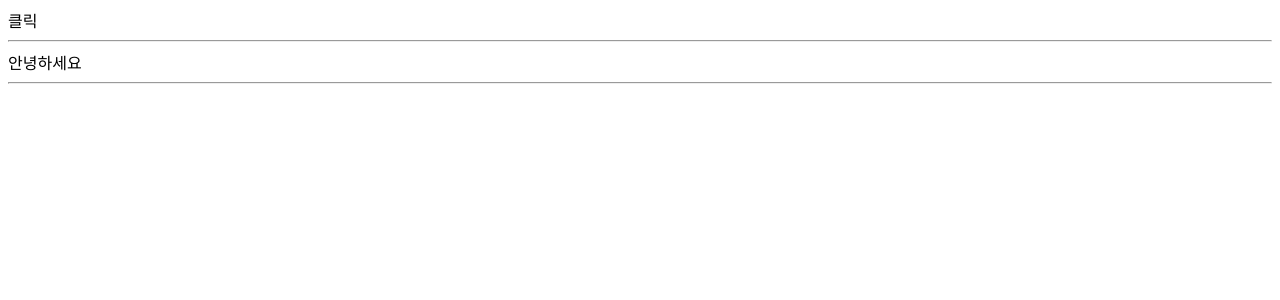
Repository: shbaksa/study
Page: http://localhost/mw_0620/javascript/mouseover.jsp
An editor plug-in stored every save of this project. The page is shown before and after the next save, followed by the edit.
The browser window is 1280 px wide. The pictures show the whole page.
The page is served by Tomcat 9.

Above is the page before, as saved 2022-06-20 07:19:39.

### mw_0620/src/main/webapp/javascript/mouseover.jsp
<%@ page language="java" contentType="text/html; charset=UTF-8"
    pageEncoding="UTF-8"%>
<!DOCTYPE html>
<html>
<head>
<meta charset="UTF-8">
<title>Insert title here</title>
	<script>
		function change(){

			// 마우스가 올라왔을때 여러가지 속성을 변경시킬때
		}
	</script>
</head>
<body>	<!-- mouseover.jsp -->

	<!-- 마우스오버 이벤트태그와 변경할 태그가 다를때 -->
	<div onmouseover="change2()">클릭</div>
	<hr>
	<!-- 마우스오버 이벤트태그와 변경할 태그가 같을때 -->
	<div onmouseover="change()">안녕하세요</div>
	<hr>


</body>
</html>

After the next save:
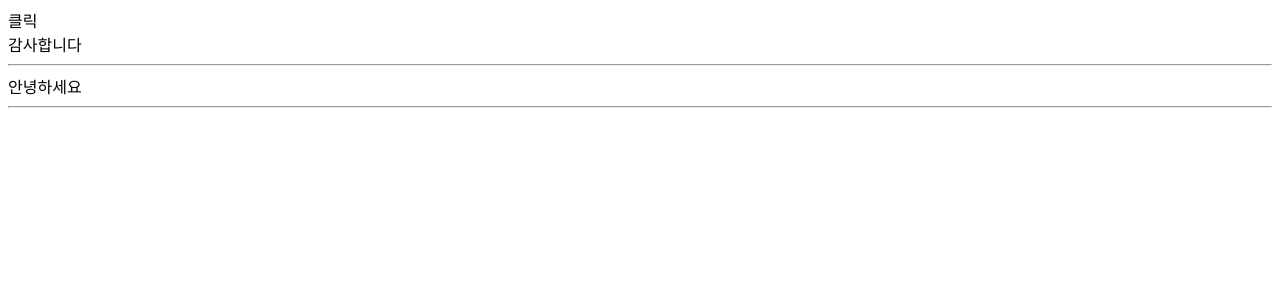
Saved 10 s later.
--- a/mw_0620/src/main/webapp/javascript/mouseover.jsp
+++ b/mw_0620/src/main/webapp/javascript/mouseover.jsp
@@ -16,6 +16,7 @@
 
 	<!-- 마우스오버 이벤트태그와 변경할 태그가 다를때 -->
 	<div onmouseover="change2()">클릭</div>
+	<div id="aa">감사합니다</div>
 	<hr>
 	<!-- 마우스오버 이벤트태그와 변경할 태그가 같을때 -->
 	<div onmouseover="change()">안녕하세요</div>
